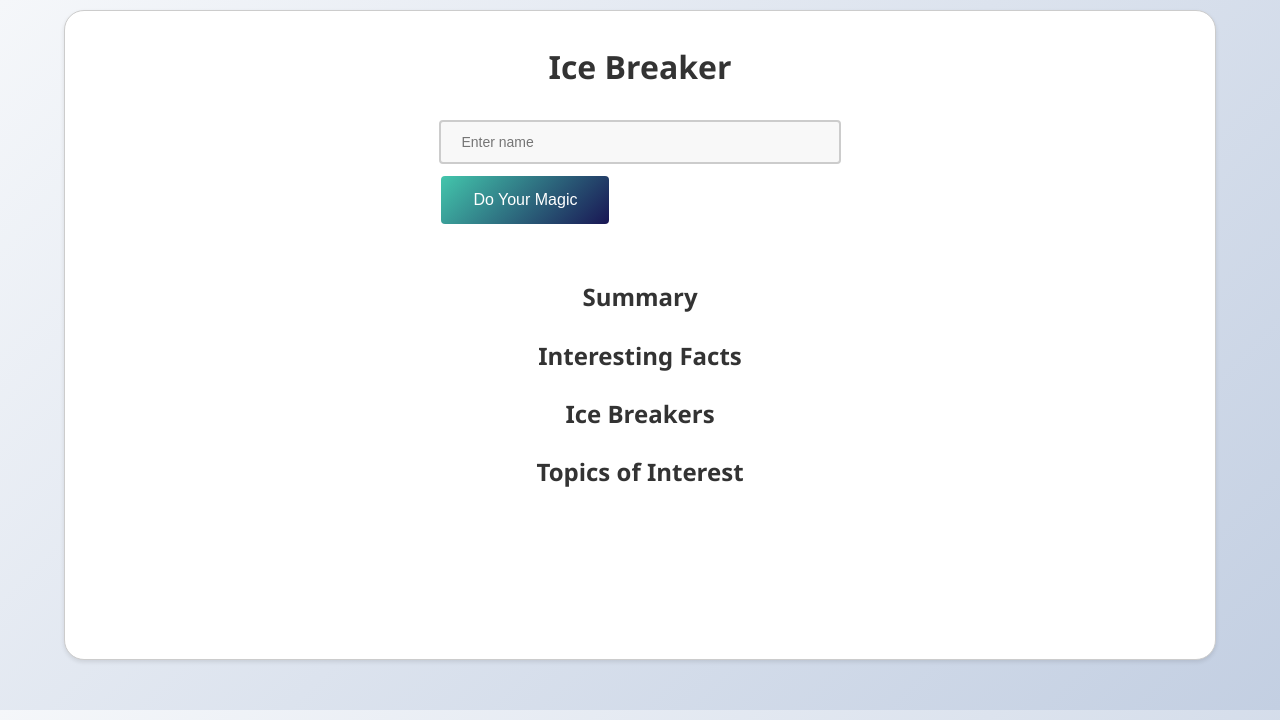
Repository: kunal02kb/Minor-Project-LangCahin
Page: http://localhost/
These files come from the project's save history. The page is drawn as it stood at one moment and after the next save; the edit follows.
The browser window is 1280 px wide. The pictures show the whole page.
Some web libraries are served in a nearby version. The page is served by the project's application, run on Flask 3 (app.py). Other server files are loaded and not shown.

Above is the page before, as saved 2023-09-27 08:29:05.

### templates/index.html
<!DOCTYPE html>
<html lang="en">
<head>
    <meta charset="UTF-8">
    <meta name="viewport" content="width=device-width, initial-scale=1.0">
    <link rel="stylesheet" href="{{ url_for('static', filename='css/style.css') }}">
    <script src="https://code.jquery.com/jquery-3.6.0.min.js"></script>
    <title>Ice Breaker</title>
    <link rel="stylesheet" href="https://cdnjs.cloudflare.com/ajax/libs/font-awesome/6.1.0/css/all.min.css" />
    <div class="spinner-container" id="spinner-container" style="display: none;">
        <i id="loading-spinner" class="fas fa-spinner fa-spin"></i>
    </div>
</head>
<body>
    <div class="container">
        <h1>Ice Breaker</h1>
        <form id="name-form">
            <input type="text" id="name" name="name" placeholder="Enter name">
            <button id="magic-button" type="submit">Do Your Magic</button>
        </form>
        <div id="result">
            <img id="profile-pic" src="" alt="Profile Picture" style="display: none; max-width: 100%; height: auto; border-radius: 50%; margin-bottom: 20px;">
            <h2>Summary</h2>
            <p id="summary-and-facts"></p>
            <h2>Interesting Facts</h2>
            <div id="interests"></div>
            <h2>Ice Breakers</h2>
            <div id="ice-breakers"></div>
            <h2>Topics of Interest</h2>
            <div id="topics-of-interest"></div>
        </div>
    </div>
    <script>
        $(document).ready(function () {
            $('#name-form').on('submit', function (e) {
                e.preventDefault();
                $('#spinner-container').show();
                $.ajax({
                    url: '/process',
                    data: $('#name-form').serialize(),
                    type: 'POST',
                    success: function (response) {
                        $('#profile-pic').attr('src', response.picture_url); // Update the profile picture src attribute
                        $('#profile-pic').show(); // Show the profile picture
                        $('#summary-and-facts').text(response.summary);
                        $('#interests').html('<ul>' + response.facts.map(fact => '<li>' + fact + '</li>').join('') + '</ul>');
                        $('#ice-breakers').html('<ul>' + response.ice_breakers.map(ice_breaker => '<li>' + ice_breaker + '</li>').join('') + '</ul>');
                        $('#topics-of-interest').html('<ul>' + response.interests.map(topic => '<li>' + topic + '</li>').join('') + '</ul>');
                    },
                    error: function (error) {
                        console.log(error);
                    },
                    complete: function () {
                        $('#spinner-container').hide();
                    }
                });
            });
        });
    </script>
</body>
</html>

### app.py
from flask import Flask, render_template, request, jsonify
from ice_breaker import ice_break

app = Flask(__name__)


@app.route("/")
def index():
    return render_template("index.html")


@app.route("/process", methods=["POST"])
def process():
    name = request.form["name"]
    person_info, profile_pic_url = ice_break(name=name)

    # print(person_info.summary)
    # print( person_info.topic_of_interest)
    # print( person_info.facts)
    # print( person_info.ice_breaker)
    # print(profile_pic_url)

    return jsonify(
        {
            "summary": person_info.summary,
            "interests": person_info.topic_of_interest,
            "facts": person_info.facts,
            "ice_breakers": person_info.ice_breaker,
            "picture_url": profile_pic_url,
        }
    )


if __name__ == "__main__":
    app.run(host="0.0.0.0", debug=True)

### static/css/style.css

* {
    box-sizing: border-box;
    margin: 0;
    padding: 0;
}

body {
    font-family: 'Segoe UI', Tahoma, Geneva, Verdana, sans-serif;
    background-color: #f5f5f5;
    color: #333;
    line-height: 1.6;
    height: auto;
    min-height: 700px;
}

.container {
    width: 90%;
    min-height: 650px;
    margin: 10px auto;
    padding: 30px;
    background-color: #ffffff;
    box-shadow: 0 2px 4px rgba(0, 0, 0, 0.1);
    border: 1px solid #ccc;
    border-radius: 20px;
    display: flex;
    flex-direction: column;
    align-items: center;
}

h1 {
    font-size: 32px;
    margin-bottom: 20px;
}

input[type="text"] {
    width: 100%;
    padding: 12px 20px;
    margin: 8px 0;
    box-sizing: border-box;
    border: 2px solid #ccc;
    border-radius: 4px;
    background-color: #f8f8f8;
    font-size: 14px;
}

button {
    background-color: #4caf50;
    border: none;
    color: white;
    padding: 15px 32px;
    text-align: center;
    text-decoration: none;
    display: inline-block;
    font-size: 16px;
    margin: 4px 2px;
    cursor: pointer;
    border-radius: 4px;
    transition: 0.3s;
}

button:hover {
    background-color: #45a049;
}

#result {
    margin-top: 30px;
    width: 100%;
    text-align: center;
}


#loading {
  display: none;
  position: fixed;
  top: 0;
  right: 0;
  bottom: 0;
  left: 0;
  z-index: 999;
  background-color: rgba(255, 255, 255, 0.8);
}

.loader {
  position: absolute;
  top: 50%;
  left: 50%;
  transform: translate(-50%, -50%);
  border: 8px solid #f3f3f3;
  border-top: 8px solid #3498db;
  border-radius: 50%;
  width: 50px;
  height: 50px;
  animation: spin 2s linear infinite;
}

p {
    font-size: 18px;
    margin-bottom: 10px;
}

h2 {
    font-size: 24px;
    margin-bottom: 10px;
    margin-top: 20px;
}


/* style.css */

/* Add or update this in your style.css file */

body {
    font-family: 'Segoe UI', Tahoma, Geneva, Verdana, sans-serif;
    background-color: #f5f5f5;
    color: #333;
    line-height: 1.6;
    background-image: linear-gradient(135deg, #f5f7fa 0%, #c3cfe2 100%);
}

.spinner-container {
    position: fixed;
    display: flex;
    align-items: center;
    justify-content: center;
    top: 0;
    right: 0;
    bottom: 0;
    left: 0;
    z-index: 999;
}

#loading-spinner {
    font-size: 48px;
}

button {
    background-color: #4caf50;
    background-image: linear-gradient(135deg, #43c6ac 0%, #191654 100%);
    border: none;
    color: white;
    padding: 15px 32px;
    text-align: center;
    text-decoration: none;
    display: inline-block;
    font-size: 16px;
    margin: 4px 2px;
    cursor: pointer;
    border-radius: 4px;
    transition: 0.3s;
}

After the next save:
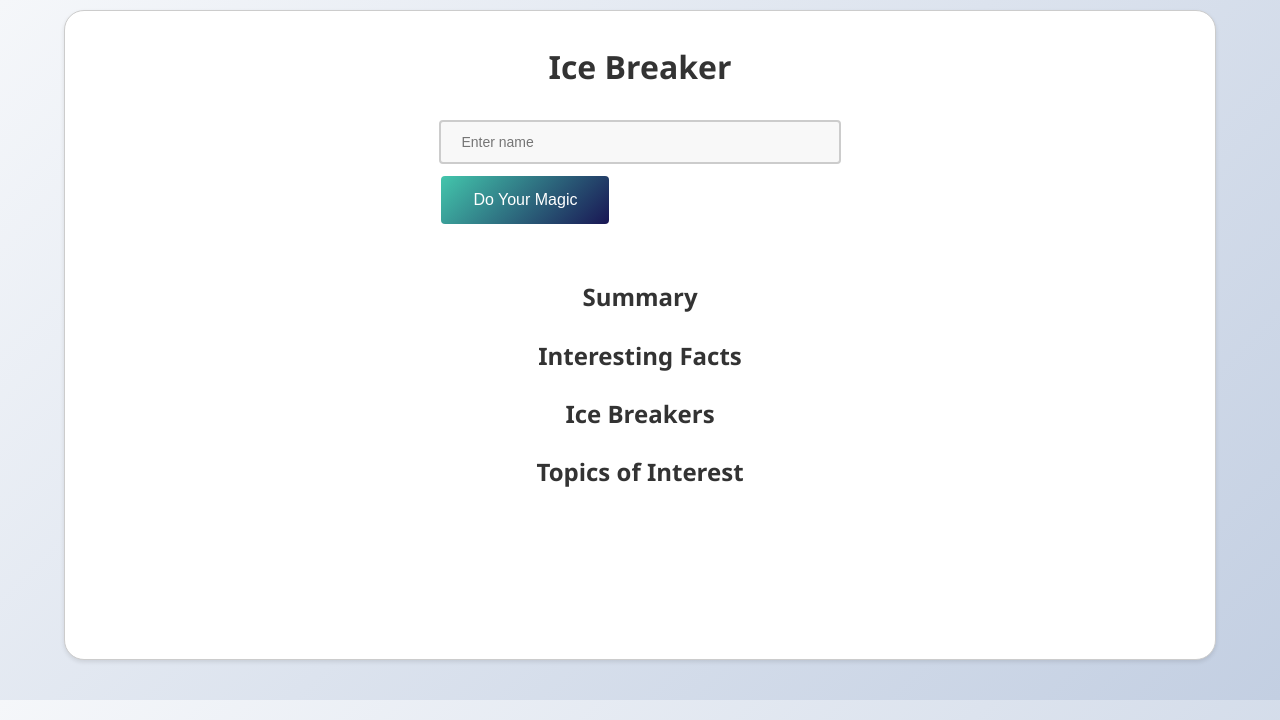
Saved 15 s later.
--- a/static/css/style.css
+++ b/static/css/style.css
@@ -11,7 +11,7 @@ body {
     color: #333;
     line-height: 1.6;
     height: auto;
-    min-height: 700px;
+    min-height: 690px;
 }
 
 .container {
